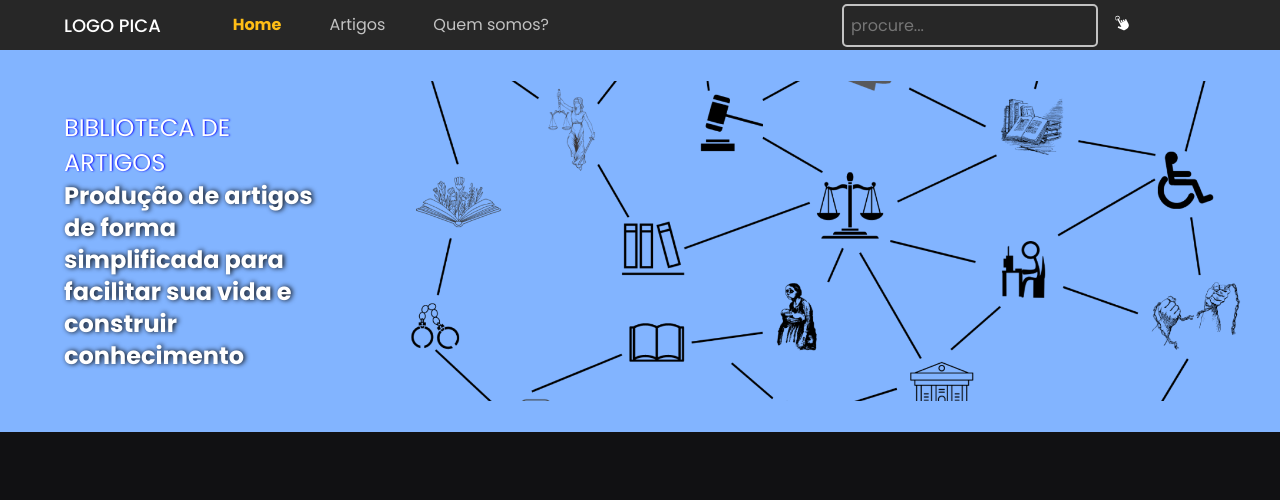
Repository: ArthurHendrich/Inepto
Page: /
The author's editor kept a copy of each file at every save. The page is drawn from the files as they stood at one save, then again after the next save.
The browser window is 1280 px wide. The pictures show the whole page.
The project was rebuilt for these pictures with package versions that can differ from the ones it lists, and the page was loaded fresh each time. The framework's server and built-in components were replaced by stand-ins that run in the browser. Also part of the build but not shown: next.config.js.

Above is the page before, as saved 2022-07-06 19:46:50.

After the next save:
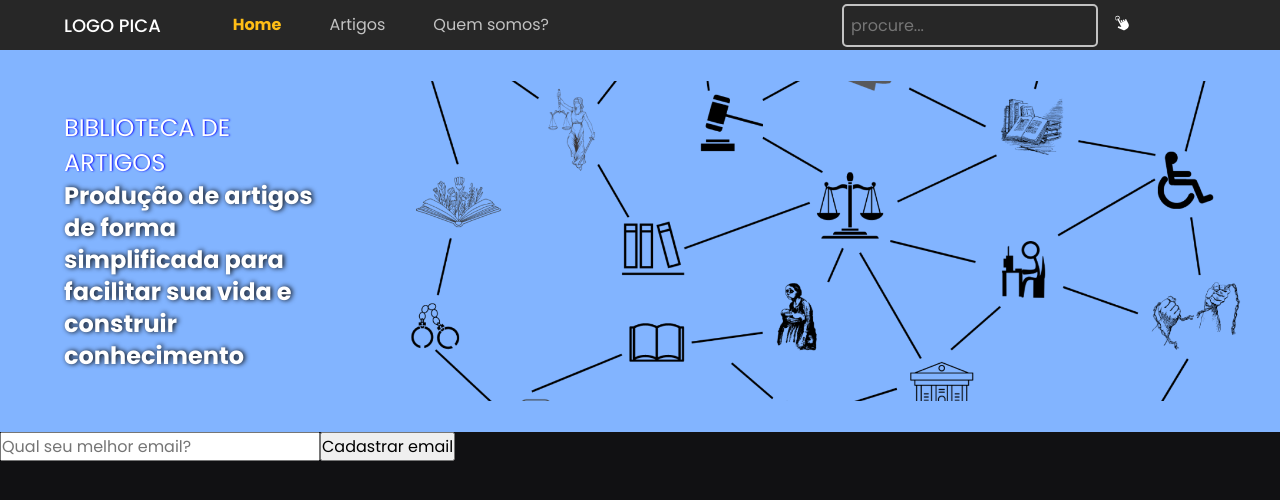
Saved 118 s later.
--- a/src/pages/index.tsx
+++ b/src/pages/index.tsx
@@ -20,7 +20,12 @@ export default function Home() {
         <img src="/images/headerImage.png" alt="Header Image" />
       </section>
 
-
+      <section className={styles.inputArea}>
+          <div className={styles.inputContent}>
+            <input type="text" placeholder="Qual seu melhor email?" />
+            <button>Cadastrar email</button>
+          </div>
+      </section>
     </main>
 
     </>
